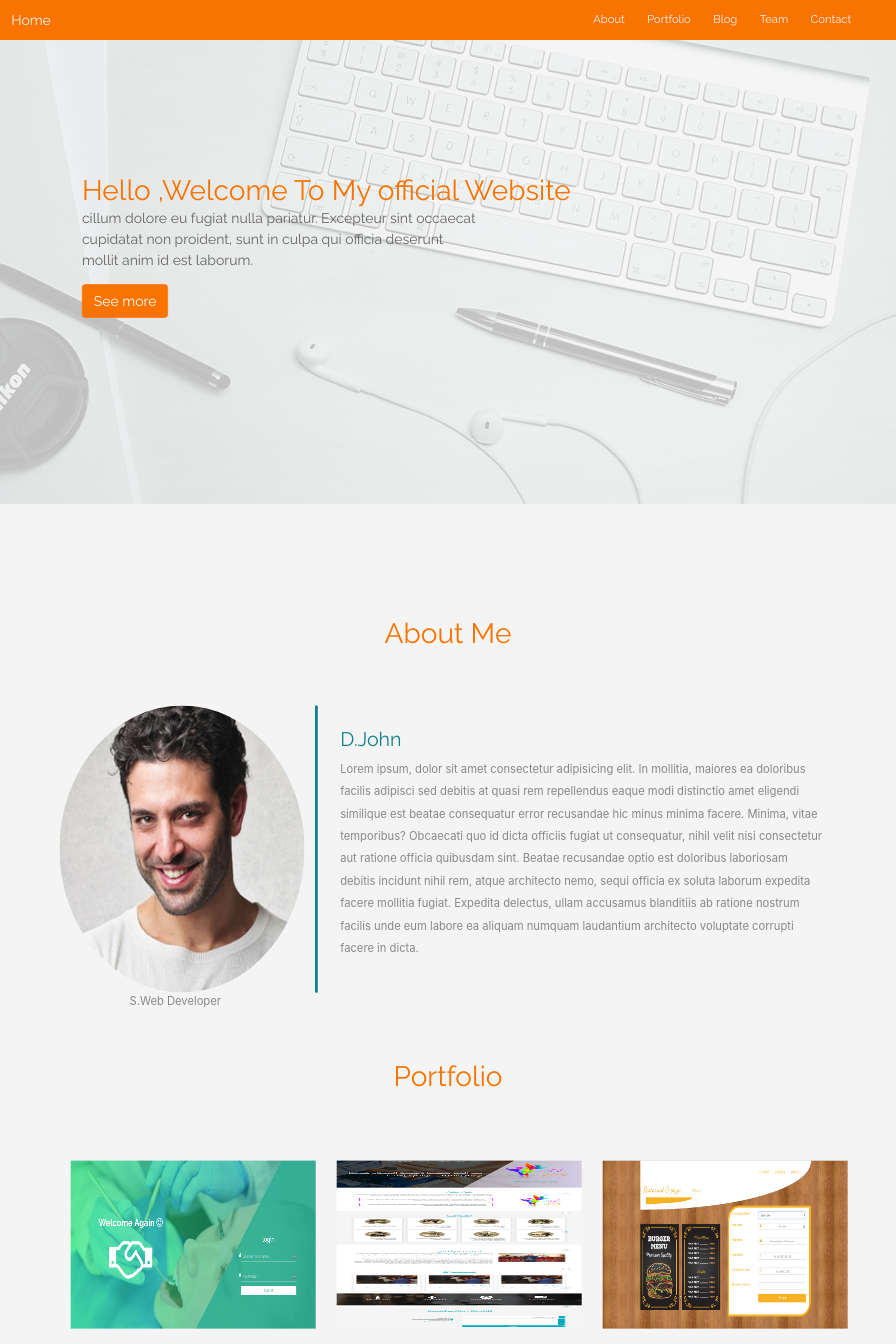
Repository: adrian9211/Bootstrap_website_Ruth
Page: index.html
An editor plug-in stored every save of this project. The page is shown before and after the next save, followed by the edit.
The browser window is 1280 px wide. The pictures show the part of the page from y = 0 to 1920 px (the page is 4159 px tall), at 70% of full size.

Above is the page before, as saved 2020-11-18 12:57:11.
Console error: ReferenceError: Popper is not defined

After the next save:
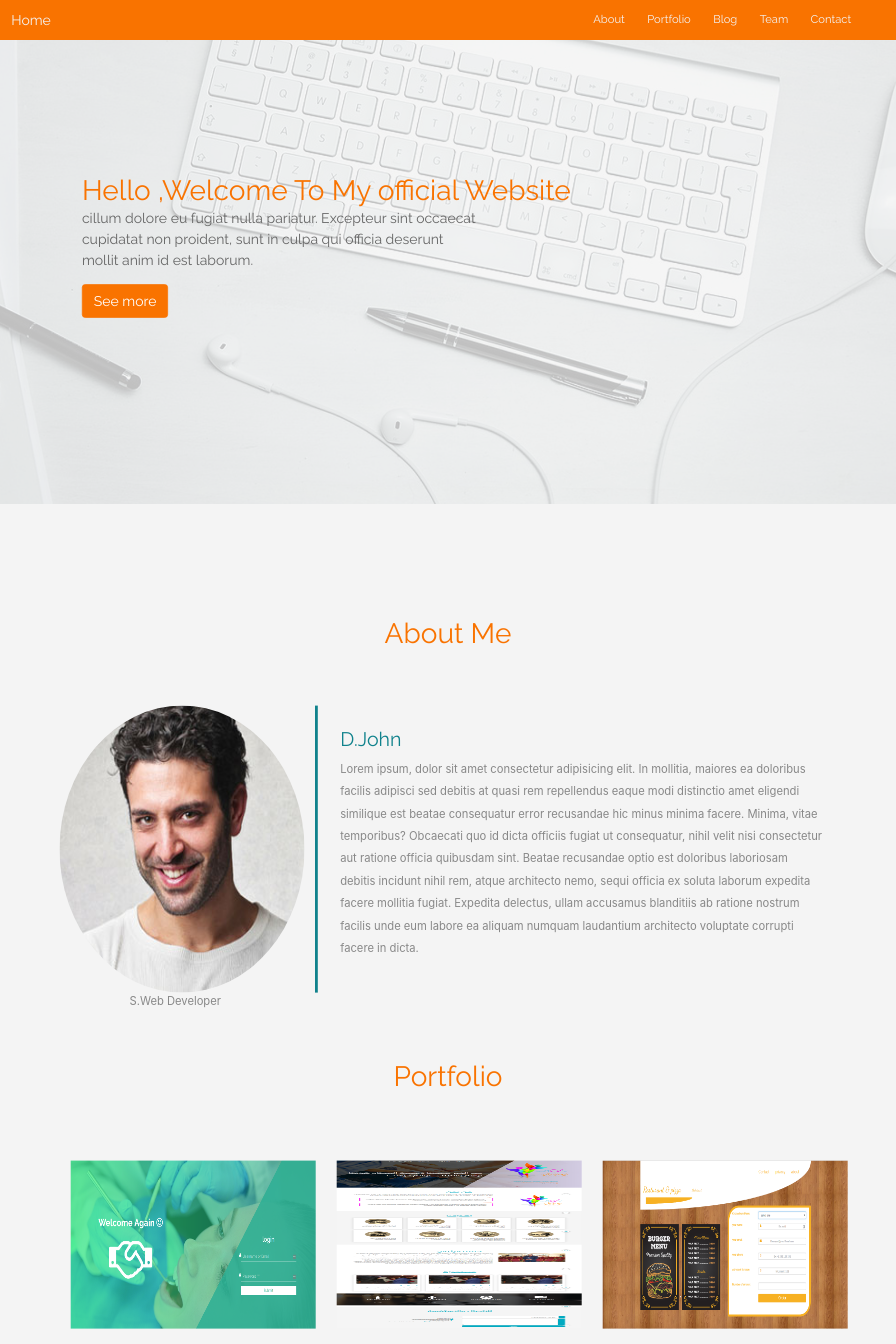
Saved 3 min 22 s later.
--- a/css/main.css
+++ b/css/main.css
@@ -31,10 +31,11 @@ html,h1,h2,h3,h4,h5,h6,a{
 
 /*header style*/
 .header{
-	height: 40vh;
 	position: relative;
-	background-image: url("../images/headerback.jpg");
+	background-image: url('../images/headerback.jpg');
+
 	background-size: cover;
+	background-position: center;
 }
 .overlay{
 	position: absolute;
